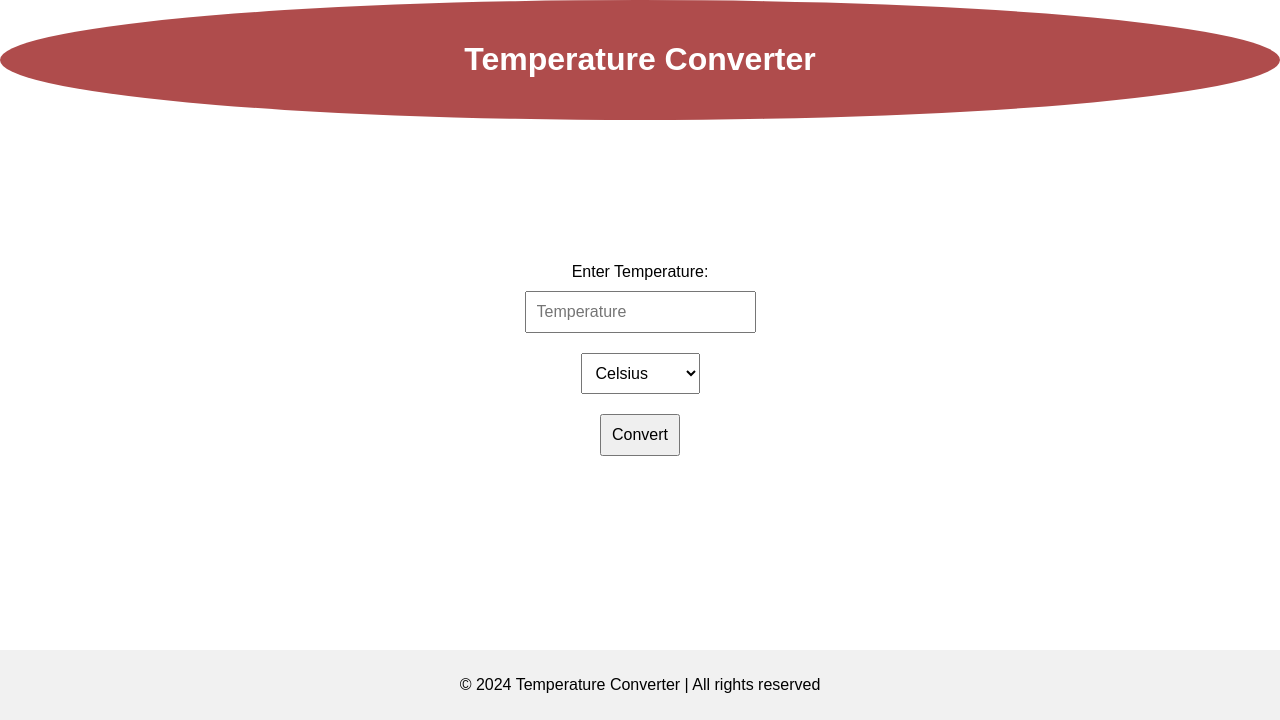
Repository: akhiranandan-04/Temperature-Converter
Page: index.html
The author's editor kept a copy of each file at every save. The page is drawn from the files as they stood at one save, then again after the next save.
The browser window is 1280 px wide. The pictures show the whole page.

Above is the page before, as saved 2024-10-19 13:08:33.

After the next save:
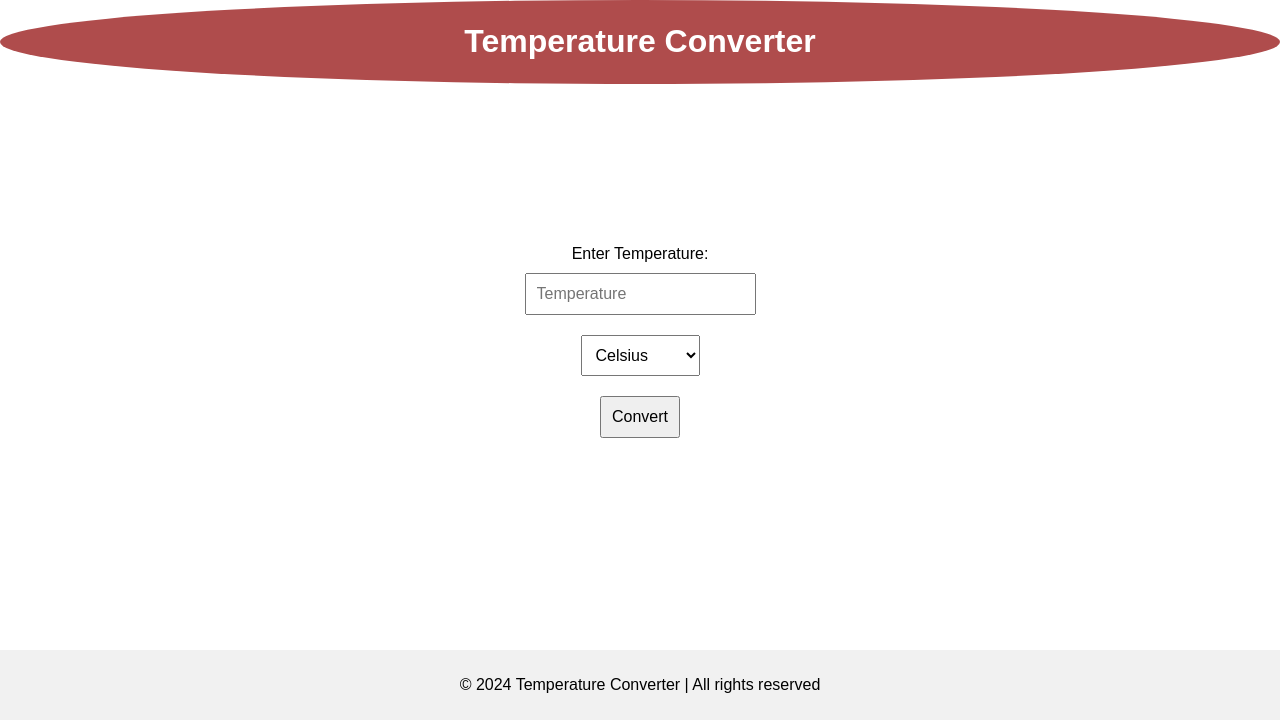
Saved 8 s later.
--- a/style.css
+++ b/style.css
@@ -10,7 +10,7 @@
 header {
     text-align: center;
     background-color: #af4c4c;
-    padding: 20px;
+    padding: 2px;
     color: white;
     border-radius: 50%;
 }

After the save that followed:
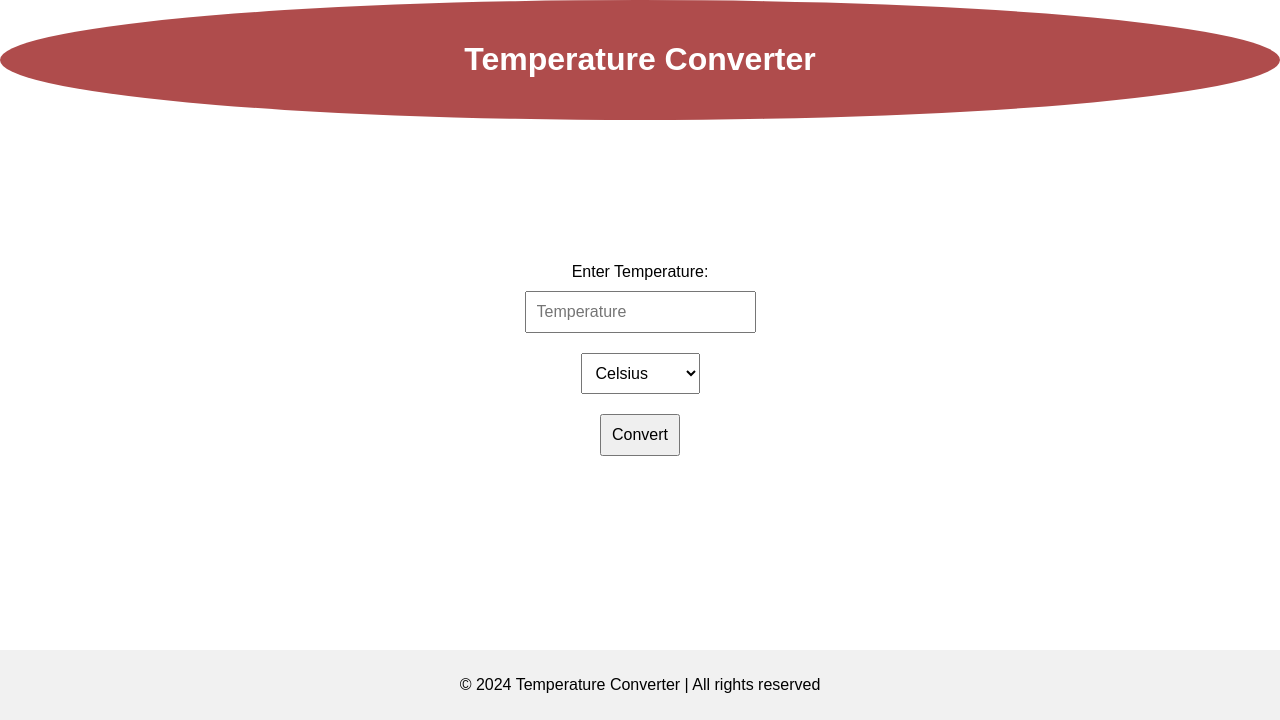
Saved 5 s later.
--- a/style.css
+++ b/style.css
@@ -10,7 +10,7 @@
 header {
     text-align: center;
     background-color: #af4c4c;
-    padding: 2px;
+    padding: 20px;
     color: white;
     border-radius: 50%;
 }
